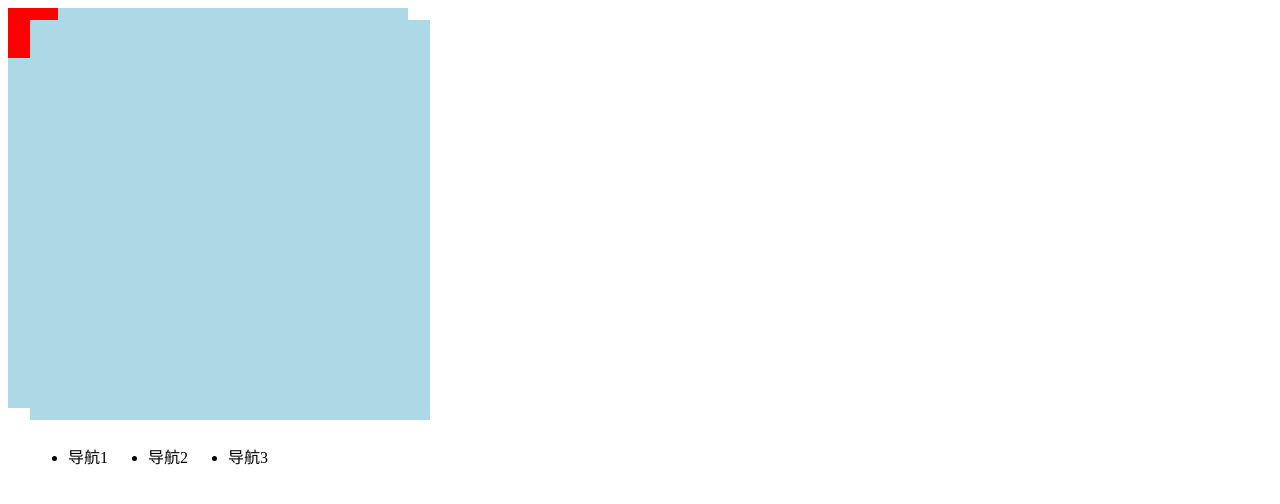
Repository: yuanliumaker/html-css-js
Page: css/float.html
An editor plug-in stored every save of this project. The page is shown before and after the next save, followed by the edit.
The browser window is 1280 px wide. The pictures show the whole page.

Above is the page before, as saved 2025-08-31 18:28:40.

### css/float.html
<!-- float属性定义元素在哪个方向上浮动,任何元素都可以浮动 方向 left right
 浮动以后元素脱离了文档流 这样解决了文档流比如说两个块之间存在间隙的问题
 当所有元素同时浮动的时候,会变成水平摆放,向左或者向右 应用场景将元素横向摆放
 当某些元素不想被float影响时,直接用clear:both清除float即可-->
 <!DOCTYPE html>
 <html lang="en">
 <head>
    <meta charset="UTF-8">
    <meta name="viewport" content="width=device-width, initial-scale=1.0">
    <title>Document</title>
    <style>
        .box{
            width:50px;
            height:50px;
            float:left; /* left right none  */
            background-color:red;
        }
        .container{
            width:400px;
            height:400px;
            background-color:lightblue;

        }
        li{
            float:left;
            margin:20px;
        }
        /* 位置 position: relative absolute */
        .box2{
            width:400px;
            height:400px;
            background-color:lightblue;
            position: absolute;
            top:20px;
            left:30px;/*距左30,上方20 positon选择absolute侯脱离了文档流*/

        }
    </style>
 </head>
 <body>
    <div class="box"></div>
    <div class="container"></div>
    <ul>
        <li>导航1</li>
        <li>导航2</li>
        <li>导航3</li>
    </ul>

    <div class="box2"></div>
 </body>
 </html>

After the next save:
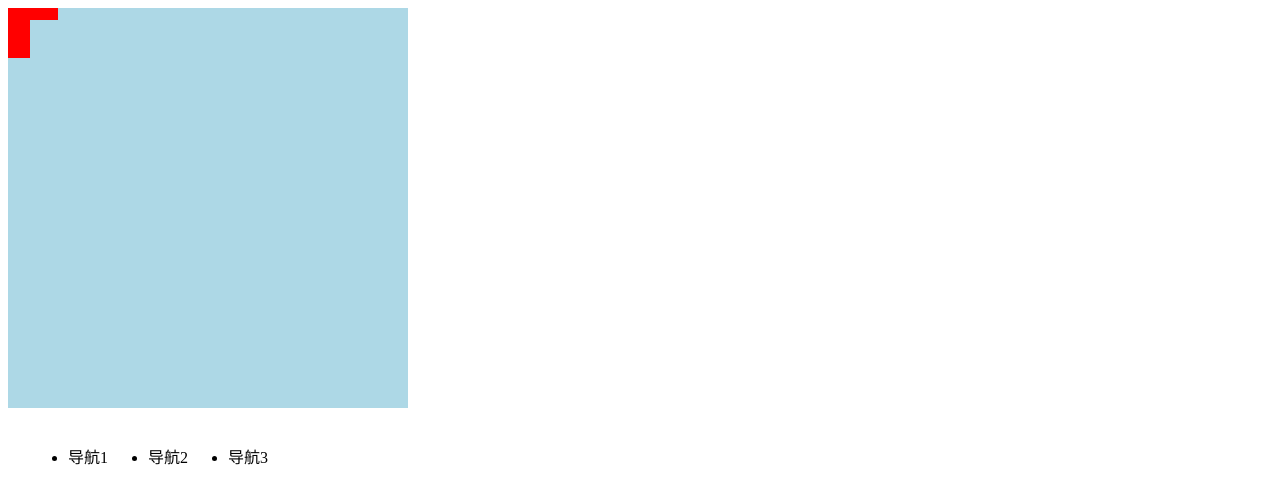
Saved 21 s later.
--- a/css/float.html
+++ b/css/float.html
@@ -27,8 +27,8 @@
         }
         /* 位置 position: relative absolute */
         .box2{
-            width:400px;
-            height:400px;
+            width:40px;
+            height:40px;
             background-color:lightblue;
             position: absolute;
             top:20px;
